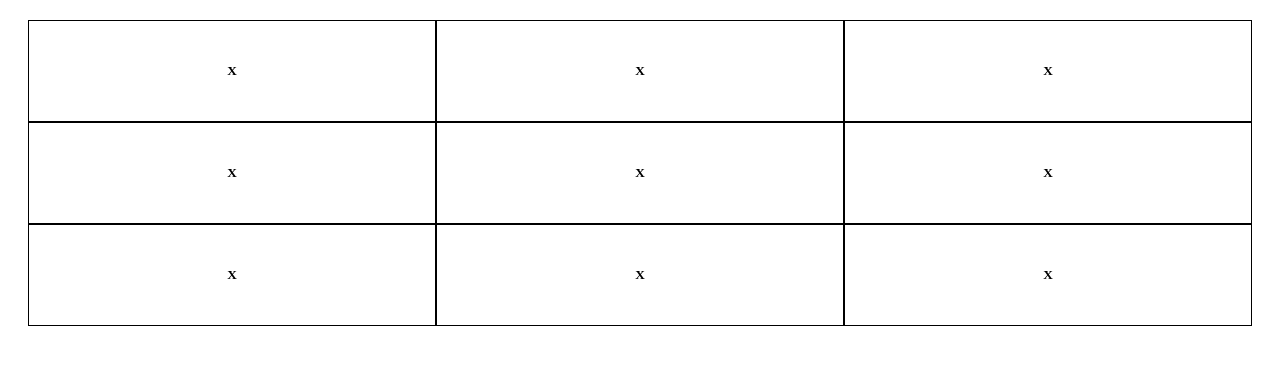
Repository: khalifalmahmud0/React__Tic-Tac-Toe
Page: /
An editor plug-in stored every save of this project. The page is shown before and after a run of saves, followed by the edit.
The browser window is 1280 px wide. The pictures show the whole page.
The project was rebuilt for these pictures with package versions that can differ from the ones it lists, and the page was loaded fresh each time. Also part of the build but not shown: vite.config.js, src/App.css, src/assets/css/index.css.

Above is the page before, as saved 2023-06-06 22:59:27.

### index.html
<!DOCTYPE html>
<html lang="en">
  <head>
    <meta charset="UTF-8" />
    <link rel="icon" type="image/png" href="/favicon.png" />
    <meta name="viewport" content="width=device-width, initial-scale=1.0" />
    <title>Game | Tic-Tac-Toe</title>
  </head>
  <body>
    <div id="root"></div>
    <script type="module" src="/src/main.jsx"></script>
  </body>
</html>

### src/main.jsx
import React from "react";
import ReactDOM from "react-dom/client";
import App from "./App.jsx";
import "./assets/css/index.css";
ReactDOM.createRoot(document.getElementById("root")).render(
	<React.StrictMode>
		<App />
	</React.StrictMode>
);

### src/App.jsx
import "./App.css";
import Board from "./components/Board/Board";
function App() {
	return (
		<>
			<Board />
		</>
	);
}
export default App;

### src/components/Board/Board.jsx
import Box from "../Box/Box";
import "./Board.css";
export default function Board() {
	return (
		<>
			<div className="board-container">
				<div className="board-row">
					<Box />
					<Box />
					<Box />
				</div>
				<div className="board-row">
					<Box />
					<Box />
					<Box />
				</div>
				<div className="board-row">
					<Box />
					<Box />
					<Box />
				</div>
			</div>
		</>
	);
}

### src/components/Box/Box.jsx
import "./Box.css";
export default function Box() {
	return (
		<>
			<div className="boxContainer">
				<h5>X</h5>
			</div>
		</>
	);
}

### src/components/Board/Board.css
.board-row {
    display: flex;
    justify-content: space-evenly;
    align-items: center;
}
.board-container {
    margin: 20px;
}

### src/components/Box/Box.css
.boxContainer {
    border: 1px solid;
    height: 100px;
    width: 100%;
    display: flex;
    justify-content: center;
    align-items: center;
}

After the next 2 saves:
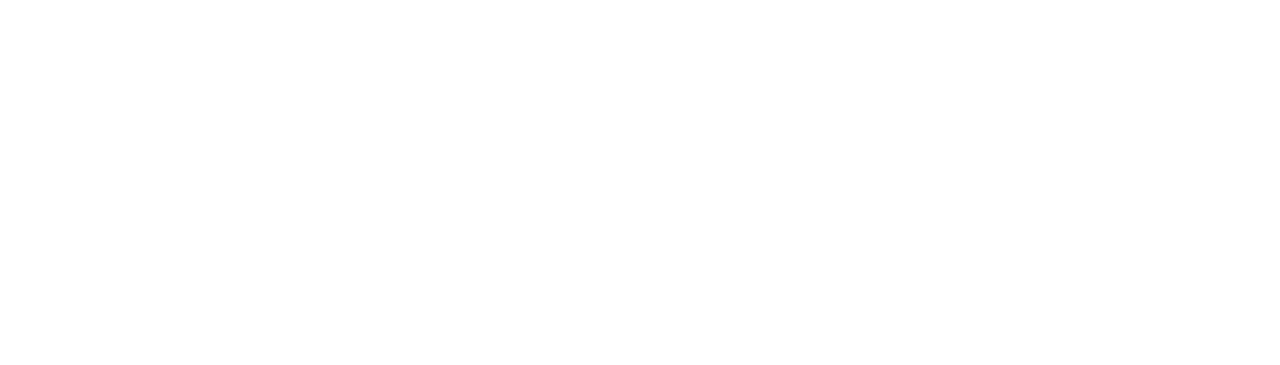
Console error: ReferenceError: nul is not defined
The 2 saves are shown as one change because 1 did not build or start.
The last was saved 6 min 39 s later.
--- a/src/components/Board/Board.jsx
+++ b/src/components/Board/Board.jsx
@@ -1,6 +1,8 @@
+import { useState } from "react";
 import Box from "../Box/Box";
 import "./Board.css";
 export default function Board() {
+	const [state, setState] = useState([9].fill(nul));
 	return (
 		<>
 			<div className="board-container">

After the save that followed:
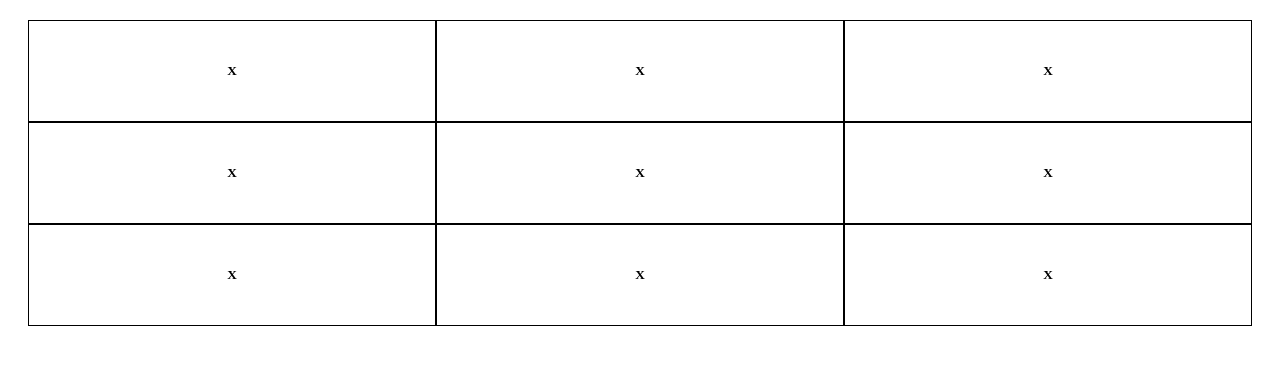
The error is gone.
Saved 4 s later.
--- a/src/components/Board/Board.jsx
+++ b/src/components/Board/Board.jsx
@@ -2,7 +2,7 @@
 import Box from "../Box/Box";
 import "./Board.css";
 export default function Board() {
-	const [state, setState] = useState([9].fill(nul));
+	const [state, setState] = useState([9].fill(null));
 	return (
 		<>
 			<div className="board-container">
